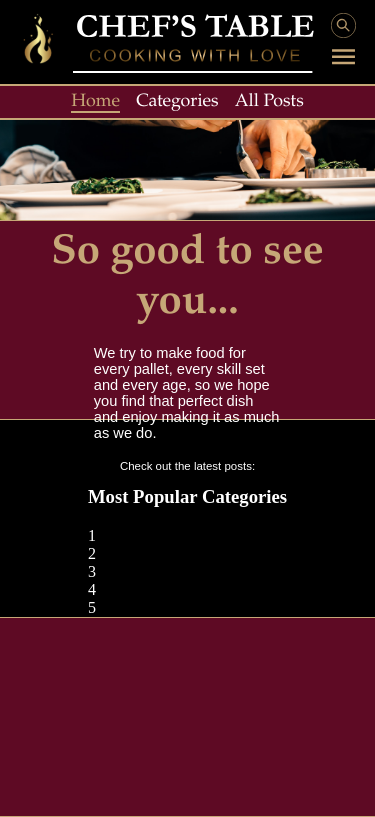
Repository: Noroff-FEU-Assignments/project-exam-1-runeunhjem
Page: index.html
The author's editor kept a copy of each file at every save. The page is drawn from the files as they stood at one save, then again after the next save.
The browser window is 375 px wide. The pictures show the whole page.
The page's requests for data from a server got no answer.

Above is the page before, as saved 2023-05-01 14:14:19.

After the next save:
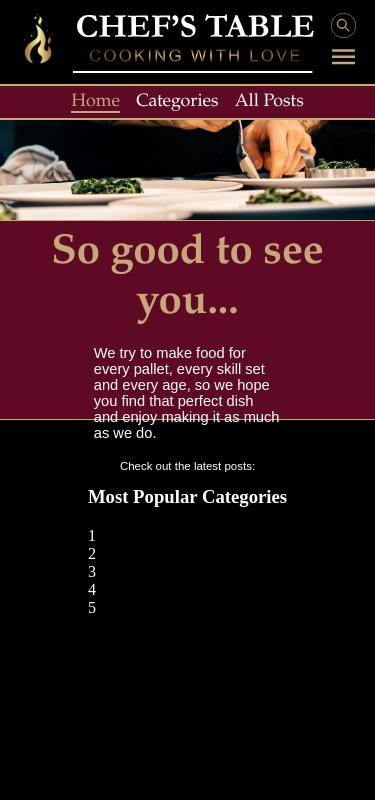
Saved 47 s later.
--- a/css/styles.css
+++ b/css/styles.css
@@ -270,7 +270,7 @@
   margin: 0;
 }
 
-footer {
+categories footer {
   display: flex;
   justify-content: space-around;
   align-items: center;
@@ -302,4 +302,4 @@
     background-image: url(../images/hero-image.png);
     height: 100px;
   }
-}/*# sourceMappingURL=styles_20230501141033.css.map */
+}/*# sourceMappingURL=styles_20230501141506.css.map */

After the 2 saves that followed:
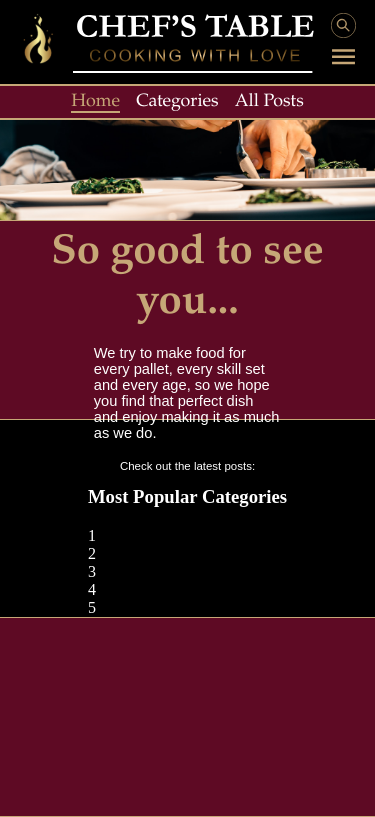
The 2 saves are shown as one change because 1 left the picture as it was.
The last was saved 5 s later.
--- a/css/styles.css
+++ b/css/styles.css
@@ -270,7 +270,7 @@
   margin: 0;
 }
 
-categories footer {
+footer {
   display: flex;
   justify-content: space-around;
   align-items: center;
@@ -302,4 +302,4 @@
     background-image: url(../images/hero-image.png);
     height: 100px;
   }
-}/*# sourceMappingURL=styles_20230501141506.css.map */
+}/*# sourceMappingURL=styles_20230501141511.css.map */
